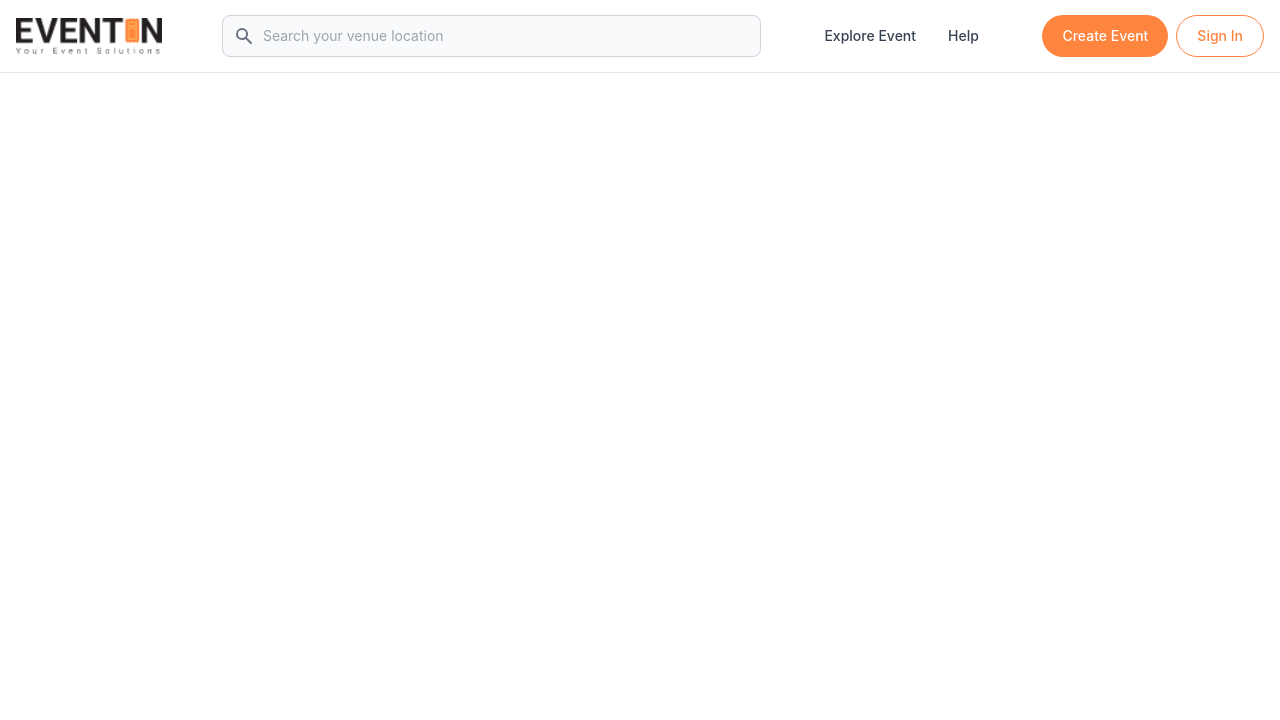
Repository: farrelmuhammad/eventon-indobild
Page: /
The author's editor kept a copy of each file at every save. The page is drawn from the files as they stood at one save, then again after the next save.
The browser window is 1280 px wide. The pictures show the whole page.
The project was rebuilt for these pictures with package versions that can differ from the ones it lists, and the page was loaded fresh each time. Also part of the build but not shown: src/App.css.

Above is the page before, as saved 2023-02-07 16:05:26.

After the next save:
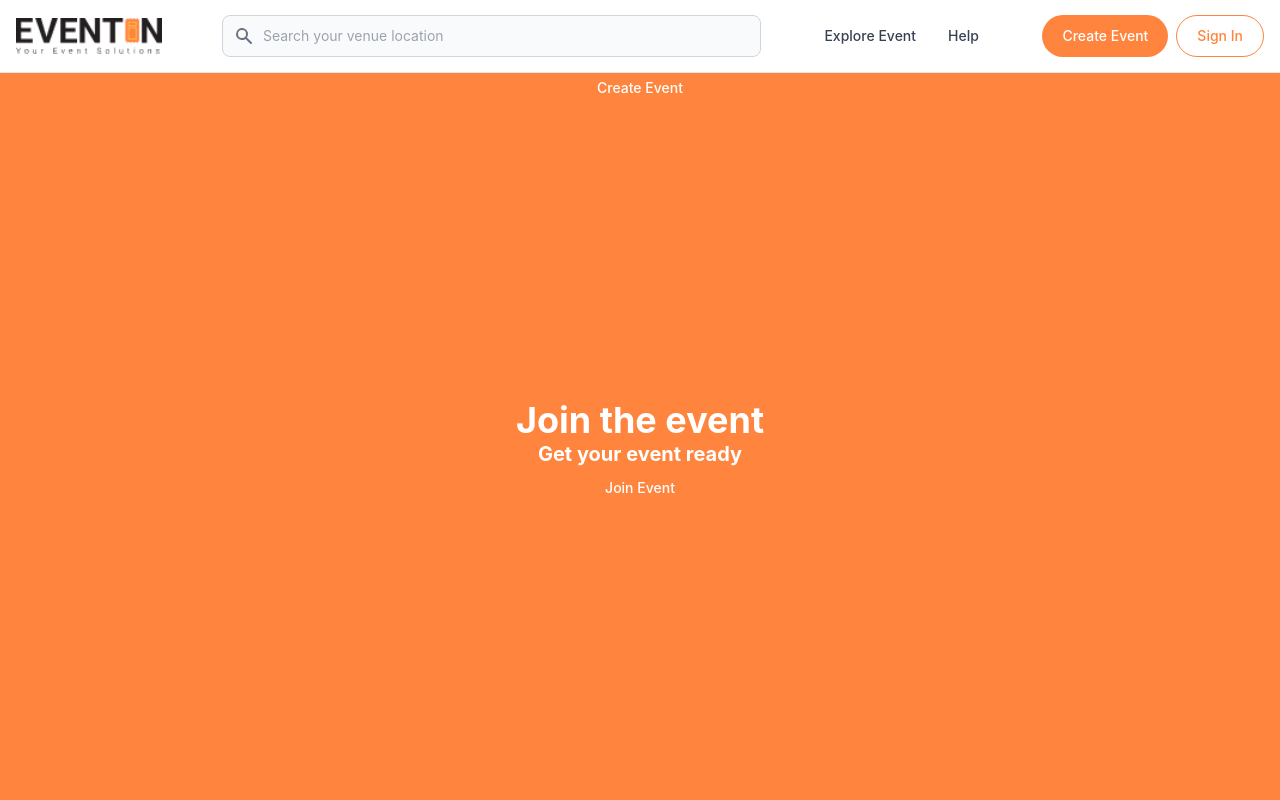
Saved 49 s later.
--- a/src/components/Banner.jsx
+++ b/src/components/Banner.jsx
@@ -3,7 +3,24 @@ import React from 'react'
 const Banner = () => {
   return (
     <>
-    asdasdas
+        <div class="bg-[#FF843E] h-[400px]">
+            <div class="container mx-auto">
+                <div class="flex flex-col items-center justify-center h-full">
+                    <h1 class="text-4xl font-bold text-white">Create your event</h1>
+                    <h2 class="text-xl font-bold text-white">Get your event ready</h2>
+                    <button type="button" class="text-white bg-[#FF843E] hover:bg-[#e47737] focus:ring-4 focus:outline-none focus:ring-blue-300 font-medium rounded-full text-sm px-5 py-2.5 text-center mr-3 md:mr-0">Create Event</button>
+                </div>
+            </div>
+        </div>
+        <div class="bg-[#FF843E] h-[400px]">
+            <div class="container mx-auto">
+                <div class="flex flex-col items-center justify-center h-full">
+                    <h1 class="text-4xl font-bold text-white">Join the event</h1>
+                    <h2 class="text-xl font-bold text-white">Get your event ready</h2>
+                    <button type="button" class="text-white bg-[#FF843E] hover:bg-[#e47737] focus:ring-4 focus:outline-none focus:ring-blue-300 font-medium rounded-full text-sm px-5 py-2.5 text-center mr-3 md:mr-0">Join Event</button>
+                </div>
+            </div>
+        </div>
     </>
   )
 }
